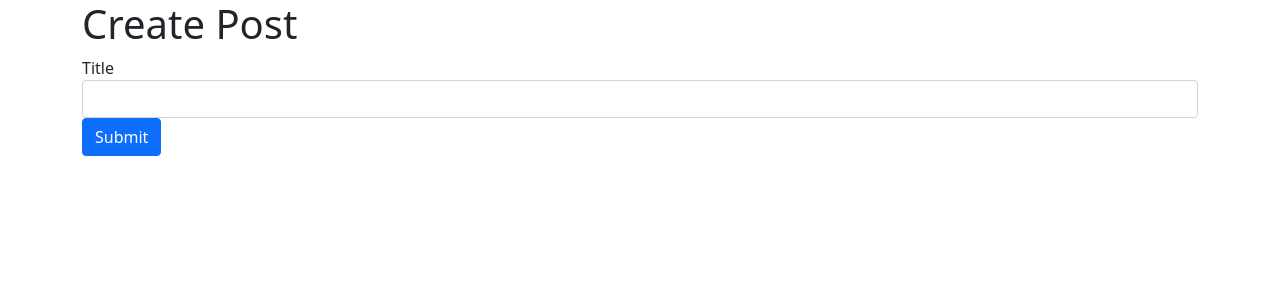
Repository: XavierJordaMurria/nodejs-microservices
Page: / (app in blog/client/)
An editor plug-in stored every save of this project. The page is shown before and after the next save, followed by the edit.
The browser window is 1280 px wide. The pictures show the whole page.
The project was rebuilt for these pictures with package versions that can differ from the ones it lists, and the page was loaded fresh each time. Also part of the build but not shown: blog/client/src/PostList.js.

Above is the page before, as saved 2022-03-17 07:45:03.

After the next save:
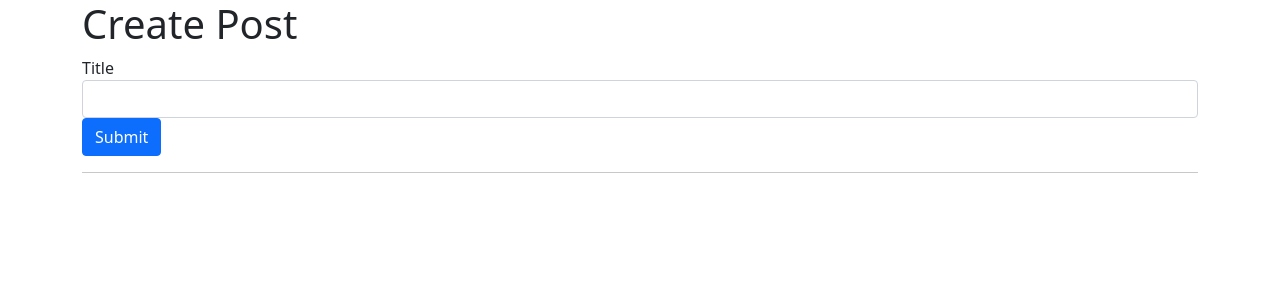
Saved 12 s later.
--- a/blog/client/src/App.js
+++ b/blog/client/src/App.js
@@ -8,6 +8,7 @@ const myAPP =  () => {
     <div className="container">
         <h1>Create Post</h1>
         <PostCreate/>
+        <hr></hr>
     </div>
     );
 };
